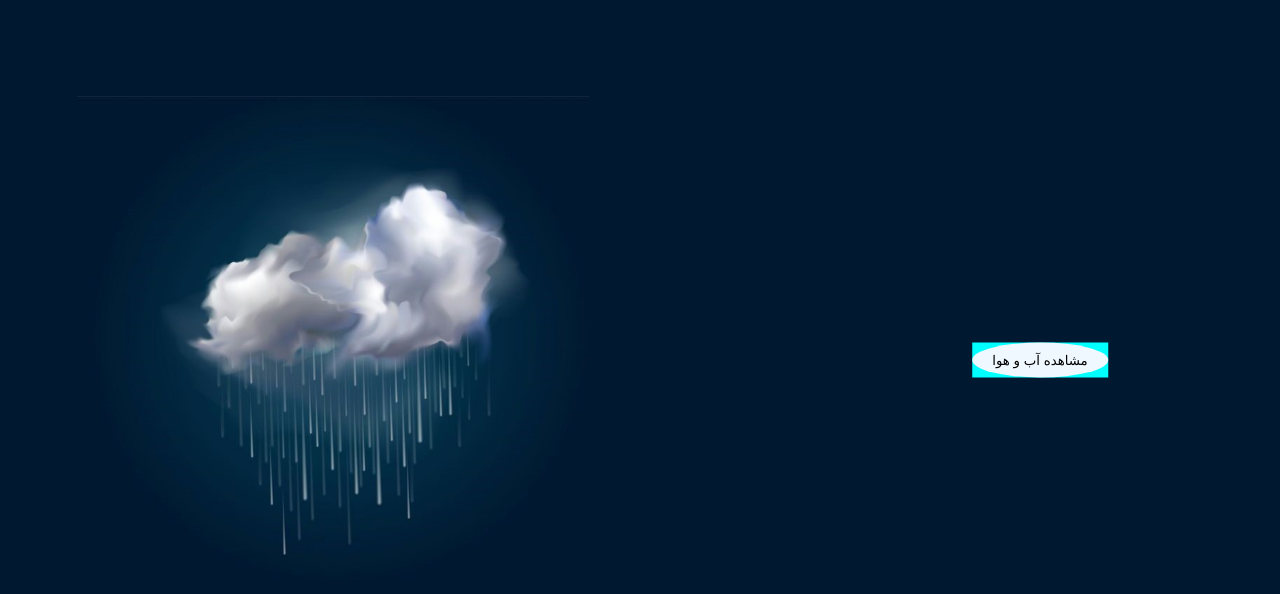
Repository: fateme81yosefi/weather
Page: landing/Landing.html
An editor plug-in stored every save of this project. The page is shown before and after the next save, followed by the edit.
The browser window is 1280 px wide. The pictures show the whole page.

Above is the page before, as saved 2025-02-02 16:46:40.

### landing/Landing.html
<!doctype html>
<html lang="en">
	<head>
		<meta charset="utf-8">
		<meta name="viewport" content="width=device-width,initial-scale=1">
        <link rel="stylesheet" href="./style/landing.css">

		<title>هواشناسی</title>
	</head>
	<body>
        <div class="container-landing">
            <div class="contain-btn">
                <button class="go-to-weather">مشاهده آب و هوا</button>
            </div>

        </div>


		<script src="./js/landing.js"></script>
	</body>

</html>

### landing/style/landing.css
body {
  margin: 0 !important;
  padding: 0;
  overflow: hidden;
  background-color: #001830;
}
.container-landing {
  background-image: url("../images/bg.jpg");
  background-position: center;
  background-size: 100%;
  background-repeat: no-repeat;
  height: 100vh;
  margin: 0;
  padding: 0;
}

.contain-btn {
  background-color: aqua;
  position: absolute;
  top: 50%;
  left: 50%;
  transform: translate(-50%, -50%) translateX(400px);
}
.go-to-weather {
  background-color: aliceblue;
  border: none;
  border-radius: 100%;
  padding: 10px 20px;
}
@media screen and (min-width: 1200px) {
  .container-landing {
    background-position: left;
    background-size: 40%;
    background-position: 10%;
  }
}

Loaded but not shown: landing/js/landing.js (no stored copy; drawn as an empty file)

After the next save:
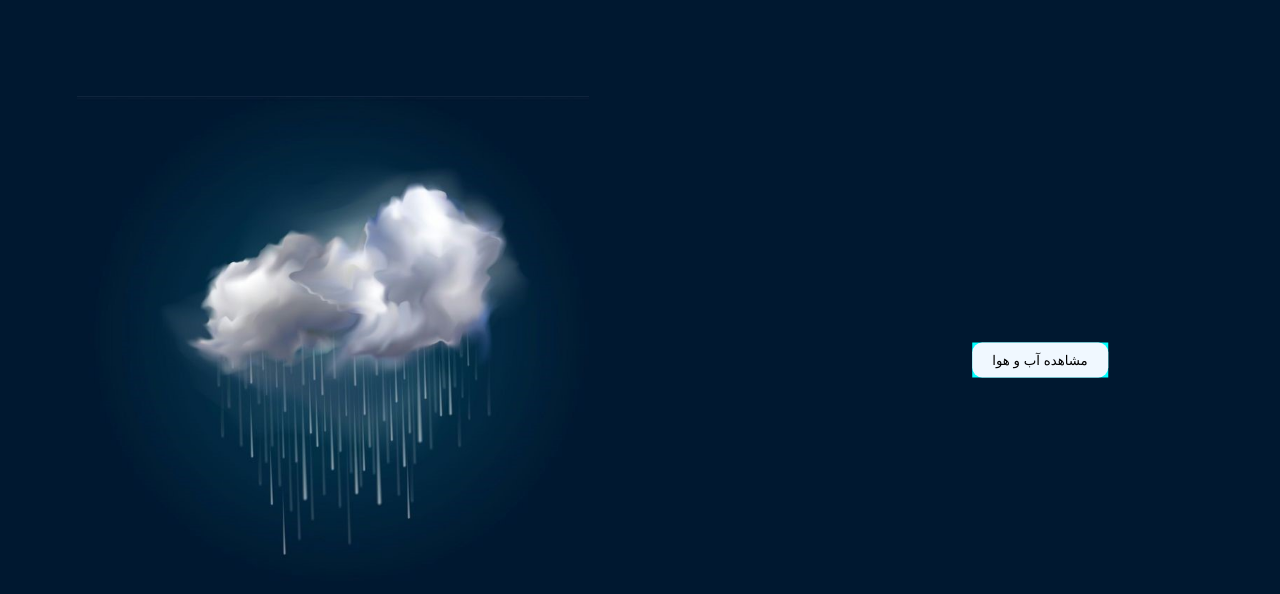
Saved 9 s later.
--- a/landing/style/landing.css
+++ b/landing/style/landing.css
@@ -24,7 +24,7 @@ body {
 .go-to-weather {
   background-color: aliceblue;
   border: none;
-  border-radius: 100%;
+  border-radius: 10px;
   padding: 10px 20px;
 }
 @media screen and (min-width: 1200px) {
